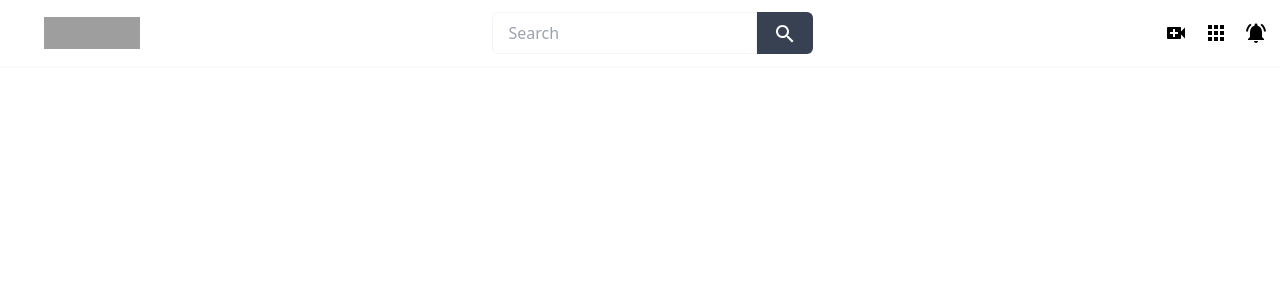
Repository: Shamraiz761/Youtube-clone
Page: /
The author's editor kept a copy of each file at every save. The page is drawn from the files as they stood at one save, then again after a run of saves.
The browser window is 1280 px wide. The pictures show the whole page.
Pictures or frames that could not be fetched are drawn as grey boxes. The project was rebuilt for these pictures with package versions that can differ from the ones it lists, and the page was loaded fresh each time. Also part of the build but not shown: vite.config.js.

Above is the page before, as saved 2024-01-19 18:20:43.

After the next 2 saves:
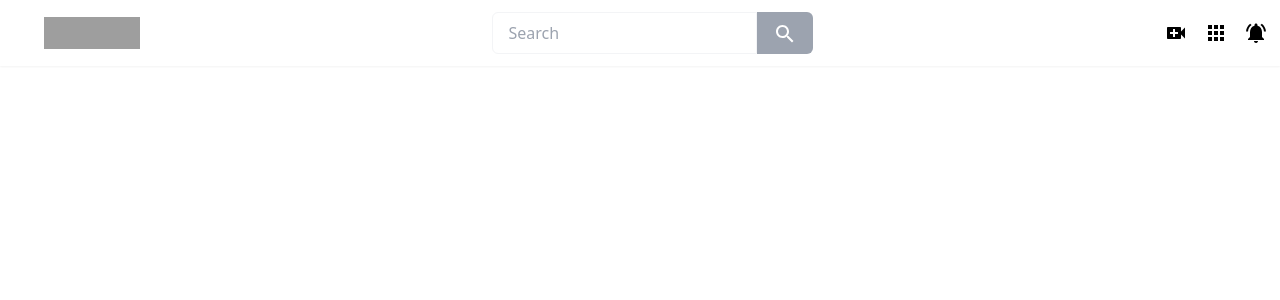
The 2 saves are shown as one change because they came seconds apart.
The last was saved 9 s later.
--- a/src/components/header/Navbar.jsx
+++ b/src/components/header/Navbar.jsx
@@ -24,7 +24,7 @@
             placeholder="Search"
             className="px-4 py-2 rounded-l-md border border-gray-100 focus:outline-none"
           />
-          <button className="bg-gray-700 px-4 py-2 rounded-r-md text-white">
+          <button className="bg-gray-400 px-4 py-2 rounded-r-md text-white">
             <SearchIcon />
           </button>
         </div>
